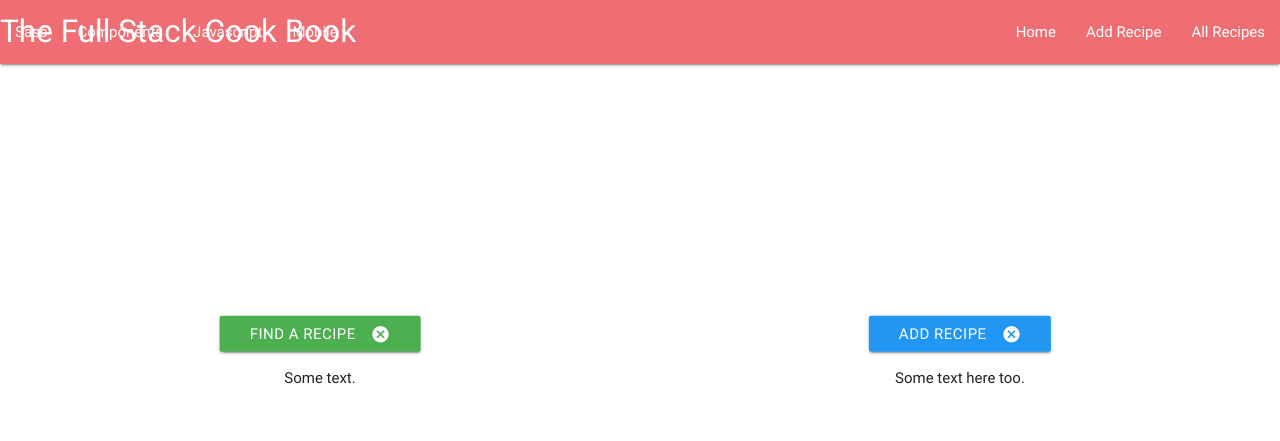
Repository: nakitamccool/francisillingworth-milestone-project-3
Page: http://localhost/
The author's editor kept a record of every edit. The page is drawn from the files as they stood at one moment, then again after the next edit.
The browser window is 1280 px wide. The pictures show the whole page.
The page is served by the project's application, run on Flask 3 (app.py).

Above is the page before.

After the next edit:
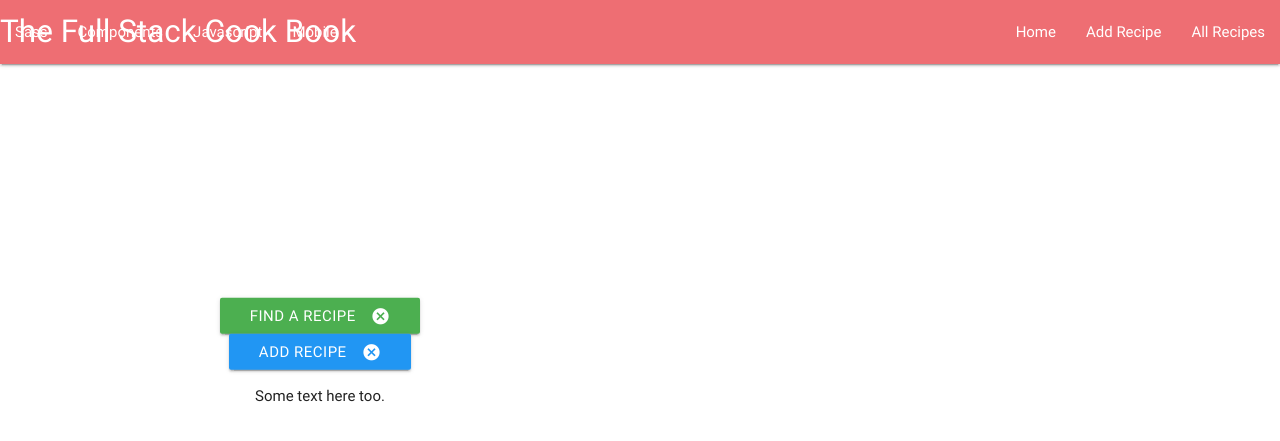
The edit:
--- a/templates/index.html
+++ b/templates/index.html
@@ -7,12 +7,7 @@
     <a href="{{ url_for('get_recipes') }}" class="waves-effect waves-light btn green">
                 <i class="material-icons right">cancel</i>Find a Recipe
             </a>
-    <p>Some text.</p>
-  </div>
-</div>
 
-<div class="split right addRecipe">
-  <div class="centered">
 
     <a href="{{ url_for('add_recipe') }}" class="waves-effect waves-light btn blue">
                 <i class="material-icons right">cancel</i>Add Recipe
